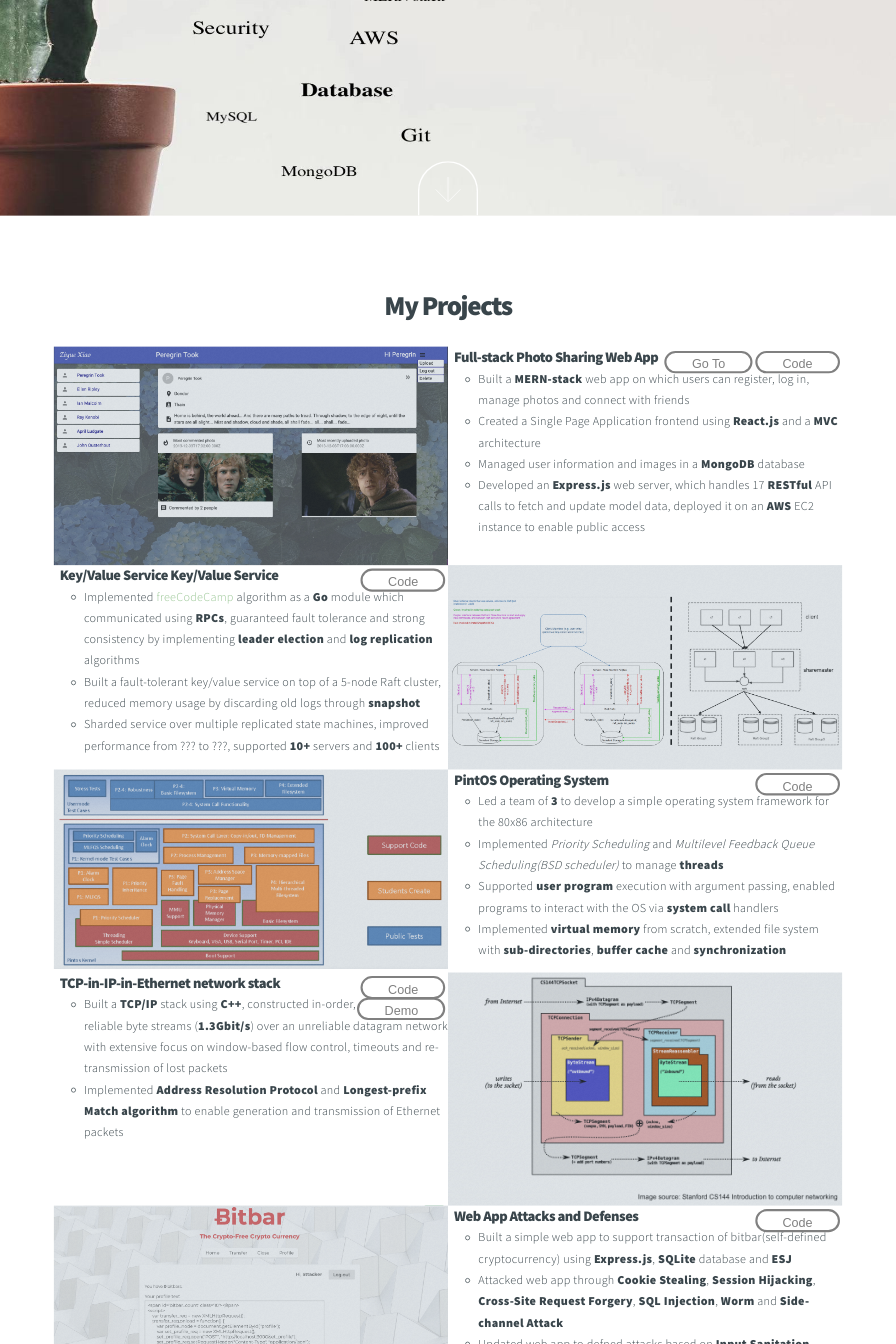
Repository: Zoey-2029/zoey-2029.github.io
Page: index.html
An editor plug-in stored every save of this project. The page is shown before and after the next save, followed by the edit.
The browser window is 1280 px wide. The pictures show the part of the page from y = 2415 to 4335 px (the page is 5714 px tall), at 70% of full size.
Backgrounds fixed to the window are drawn as part of the page.

Above is the page before, as saved 2021-07-23 01:29:12.

After the next save:
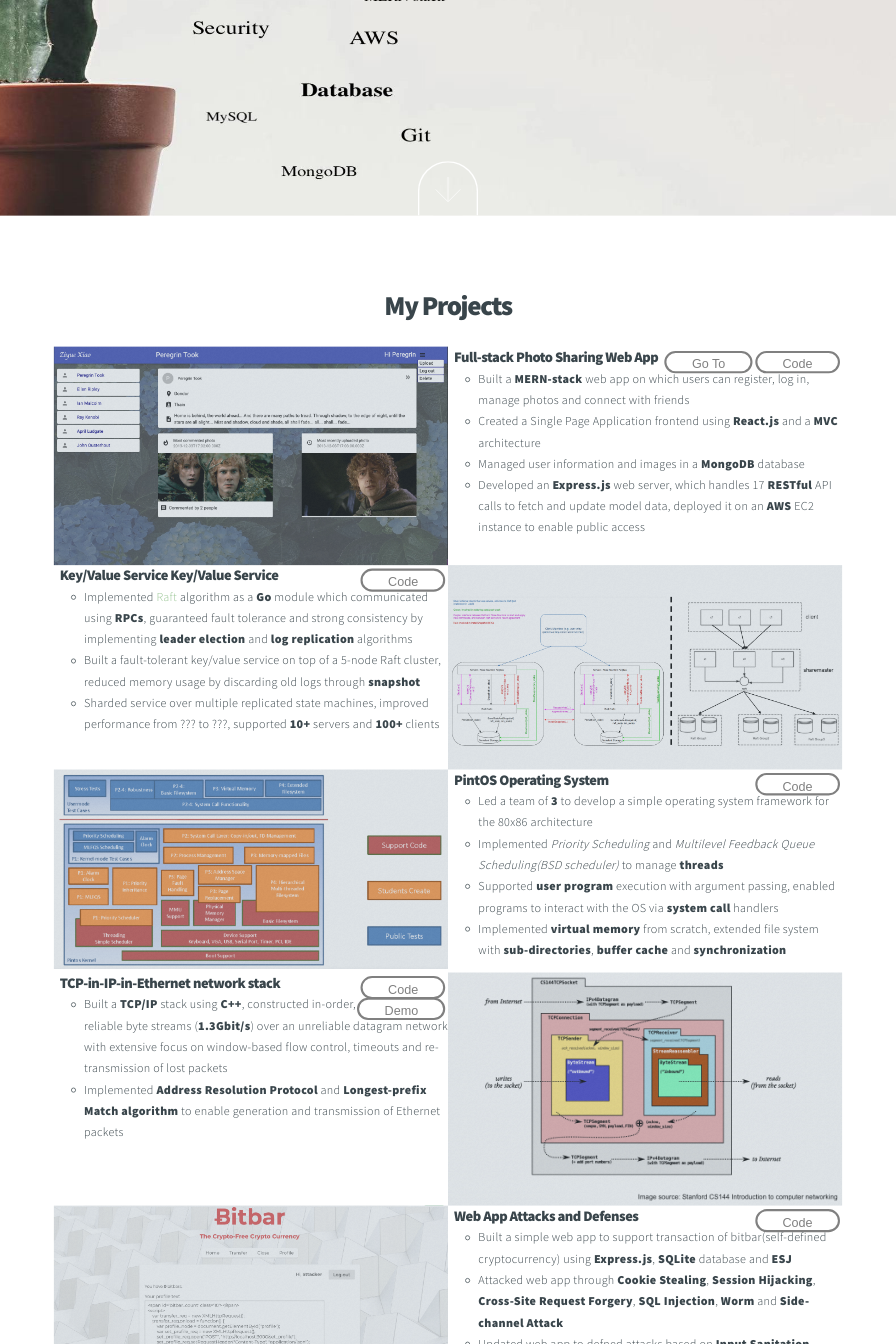
Saved 88 s later.
--- a/index.html
+++ b/index.html
@@ -164,7 +164,7 @@
 										<button onclick="window.open('https://github.com/Zoey-2029/Sharded-Fault-tolerant-Key-Value-Service')" type="button">Code</button>
 									</h4>
 									<ul>
-										<li> Implemented <a href="https://www.freecodecamp.org/">freeCodeCamp</a>
+										<li> Implemented <a href="https://www.freecodecamp.org/">Raft</a>
 											algorithm as a <b>Go</b> module which communicated using <b>RPCs</b>, guaranteed fault tolerance
 											and strong consistency by implementing <b>leader election</b> and <b>log replication</b> algorithms
 										<li> Built a fault-tolerant key/value service on top of a 5-node Raft cluster, reduced memory usage by discarding old
